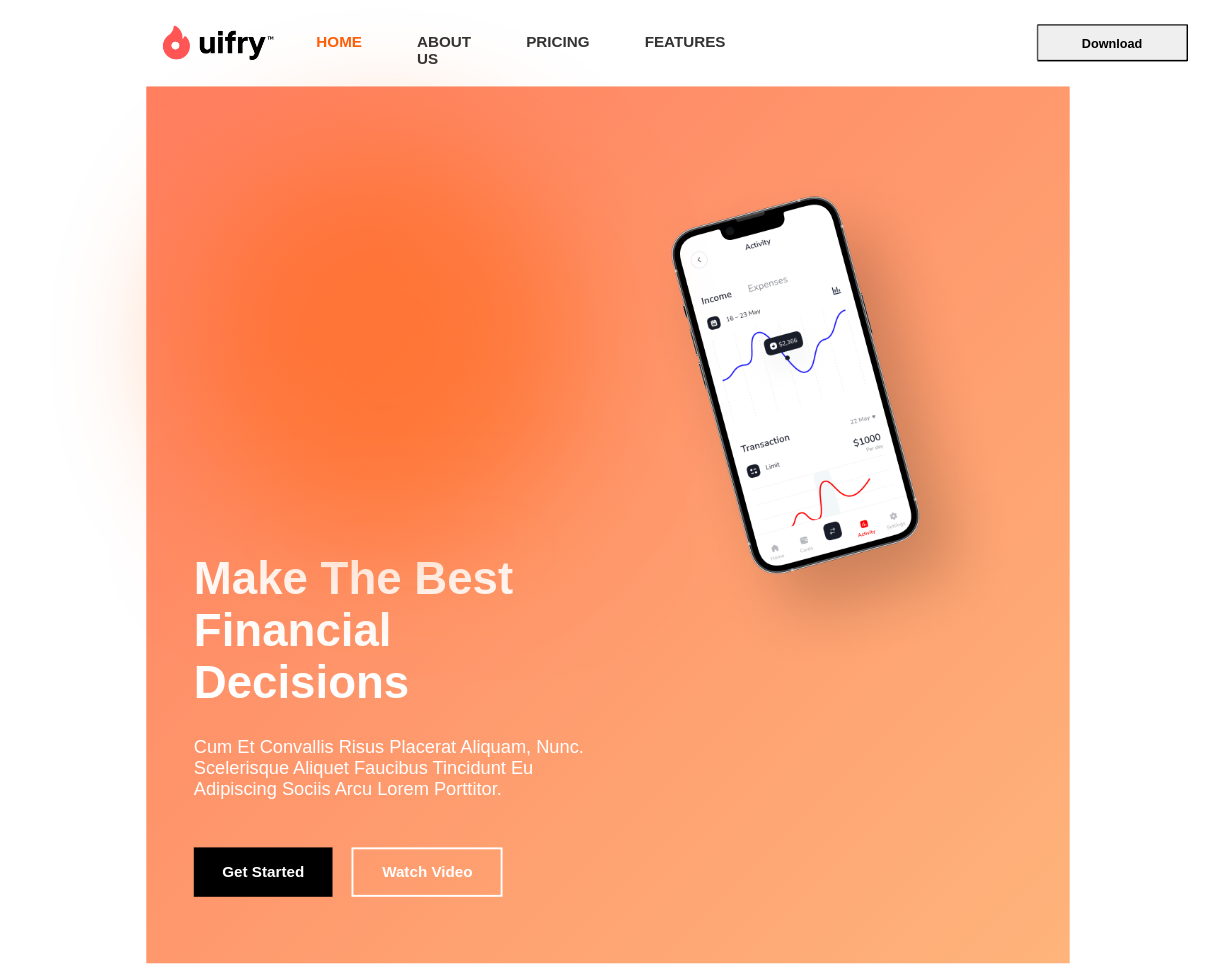
Repository: sakshambansal7/Uifry
Page: index.html
These files come from the project's save history. The page is drawn as it stood at one moment and after a run of saves; the edit follows.
The browser window is 1280 px wide. The pictures show the whole page, at 95% of full size.

Above is the page before, as saved 2024-06-12 15:12:56.

After the next 2 saves:
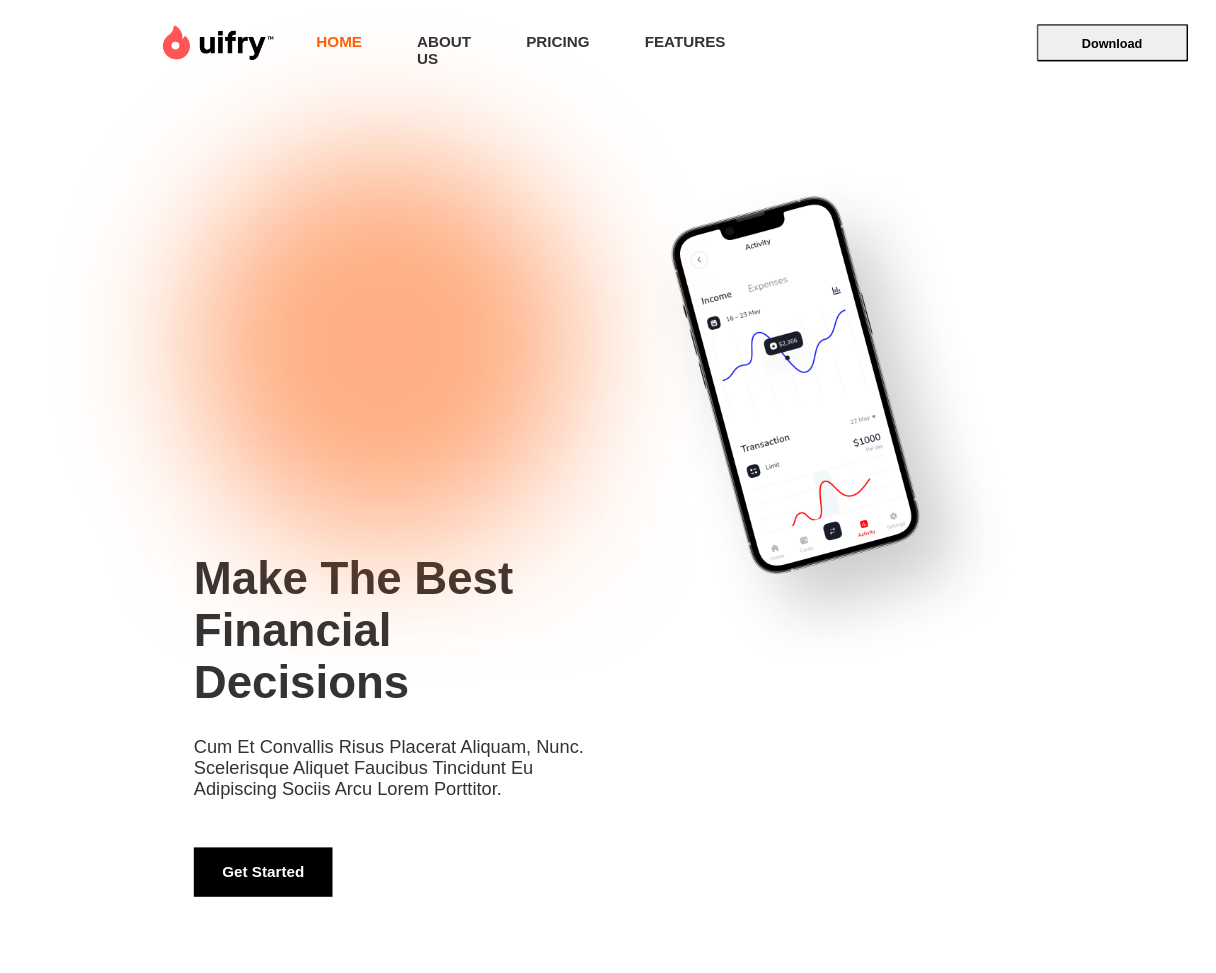
The 2 saves are shown as one change because they came seconds apart.
The last was saved 15 s later.
--- a/style.css
+++ b/style.css
@@ -76,8 +76,6 @@ nav a {
     display: flex;
     justify-content: space-between;
     padding: 60px 40px;
-    background: linear-gradient(135deg, #ff7e5f, #feb47b);
-    color: #fff;
 }
 
 .left {
